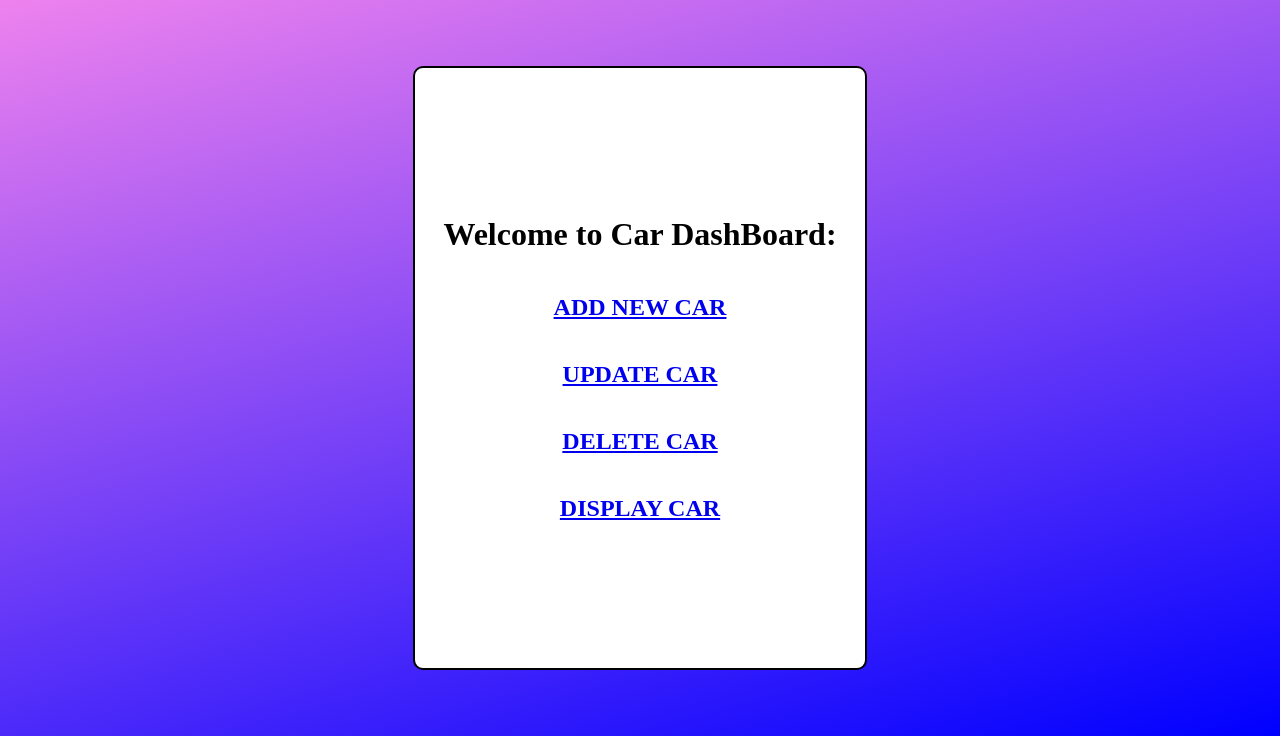
Repository: Dhirajkumar02/Advance-Java--J2EE-
Page: ServletProjecct_CarDB/src/main/webapp/index.html
The author's editor kept a copy of each file at every save. The page is drawn from the files as they stood at one save, then again after the next save.
The browser window is 1280 px wide. The pictures show the whole page.

Above is the page before, as saved 2024-11-14 15:04:12.

### ServletProjecct_CarDB/src/main/webapp/index.html
<!DOCTYPE html>
<html>
<head>
<meta charset="UTF-8">
<title>Insert title here</title>
<style>
body{
height: 100vh;
display: flex;
justify-content: center;
align-items: center;
background: linear-gradient(165deg, violet, blue);
}
div{
height: 600px;
width: 450px;
background: white;
border: 2px solid black;
display: flex;
justify-content: center;
align-items: center;
flex-direction: column;
border-radius: 10px;
}
</style>
</head>
<body>
<div>
<h1>Welcome to Car DashBoard:</h1>
<h2>
<a href="AddCar.html">ADD NEW CAR</a>
</h2>

<h2>
<a href="UpdateCar.html">UPDATE CAR</a>
</h2>

<h2>
<a href="DeleteCar.html">DELETE CAR</a>
</h2>

<h2>
<a href="DisplayCar.html">DISPLAY CAR</a>
</h2>
</div>
</body>
</html>

After the next save:
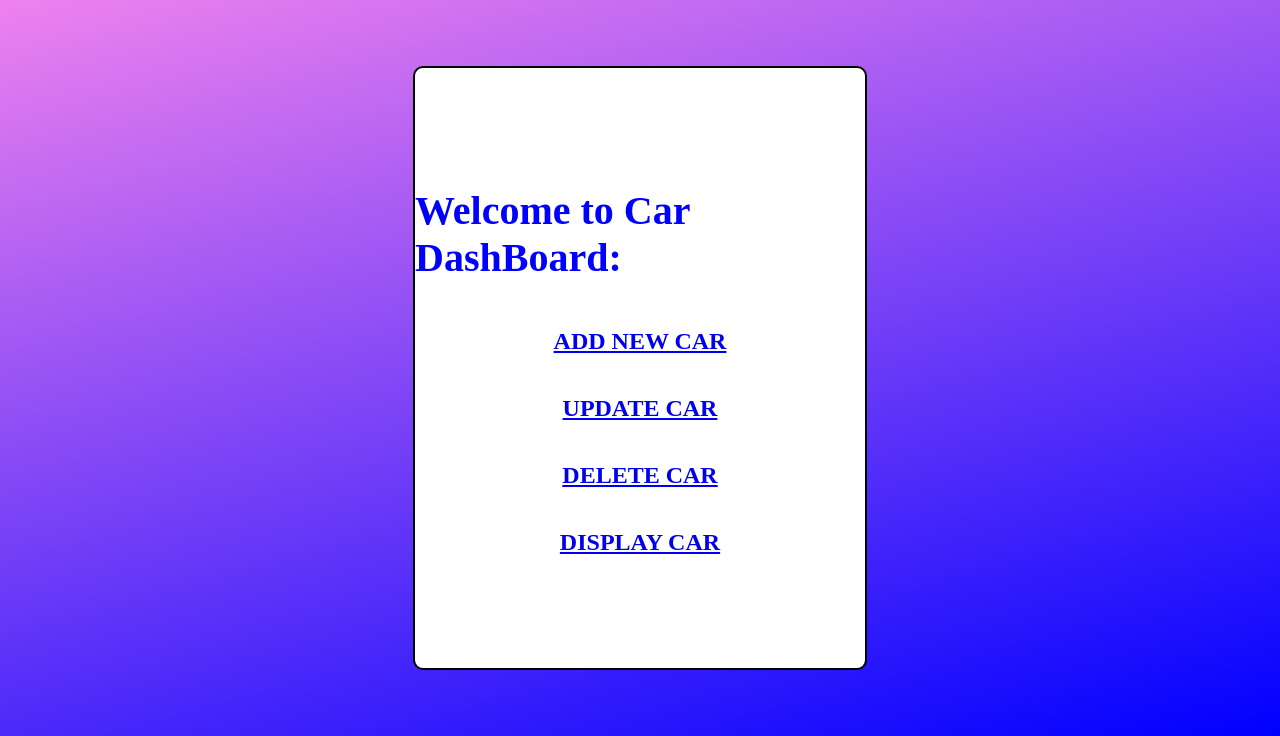
Saved 2 min 22 s later.
--- a/ServletProjecct_CarDB/src/main/webapp/index.html
+++ b/ServletProjecct_CarDB/src/main/webapp/index.html
@@ -22,6 +22,12 @@ align-items: center;
 flex-direction: column;
 border-radius: 10px;
 }
+
+h1{
+font-size: 40px;
+color: blue;
+}
+
 </style>
 </head>
 <body>
